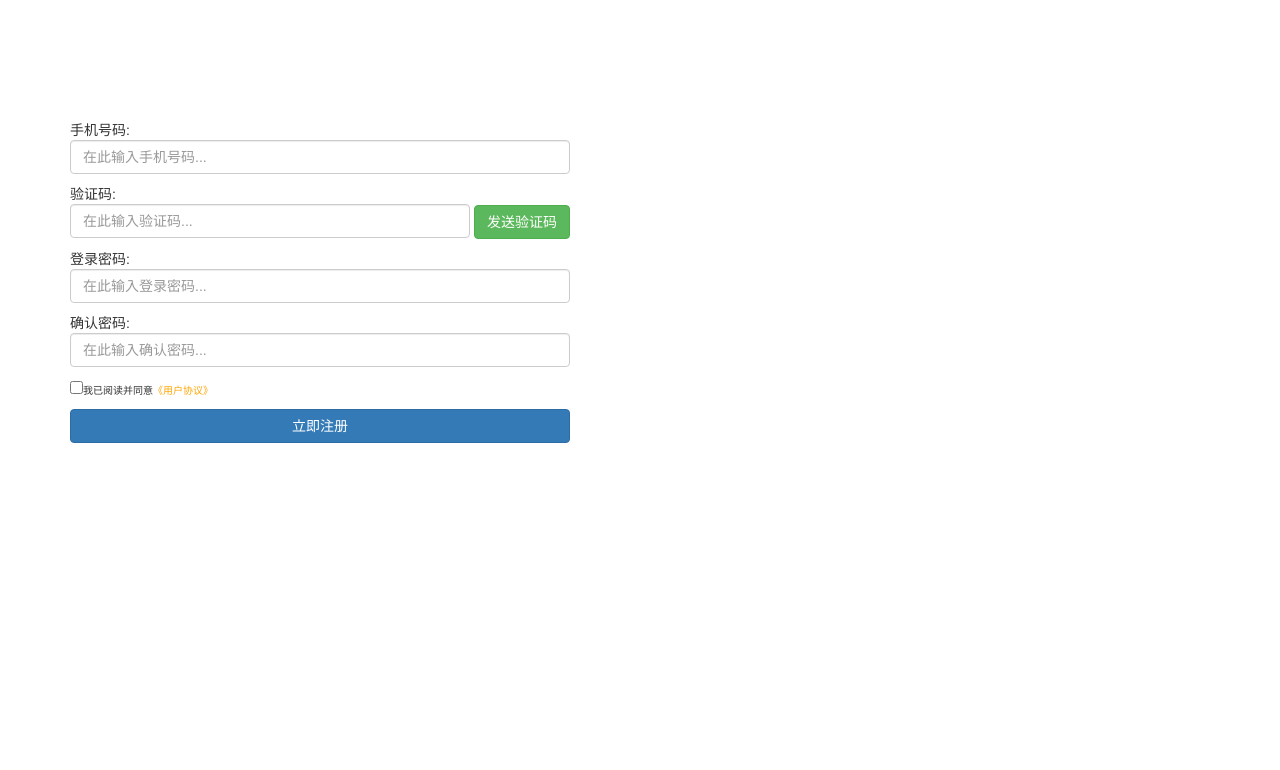
Repository: GYLwei/keshe
Page: Reg/Regis/WebContent/Page.html
These files come from the project's save history. The page is drawn as it stood at one moment and after the next save; the edit follows.
The browser window is 1280 px wide. The pictures show the whole page.

Above is the page before, as saved 2020-12-17 03:28:01.

### Reg/Regis/WebContent/Page.html
<!DOCTYPE html>

<html>
<head>
<meta http-equiv="Content-Type" Content="text/html; charset=UTF-8">
<title>注册</title>
<script src="Content/jquery-3.4.1.min.js"></script>
<script src="Content/bootstrap.min.js"></script>
<link href="Content/bootstrap.min.css" rel="stylesheet" />
<style type="text/css">
* {
	padding: 0px;
	margin: 0px;
}

#Home {
	/*border: 1px solid red;*/
	padding: 0px;
}

#nav {
	height: 120px;
	/*border:1px solid blue;*/
}

#banner {
	height: 450px;
	/*border:1px solid green;*/
}

#bottom {
	height: 200px;
	/*border:1px solid red;*/
}

#Username, #AgainWord, #Password {
	width: 500px;
}

#Ran {
	width: 400px;
	display: inline;
}

#btn_ok {
	width: 500px;
}
</style>

<script type="text/javascript">
	$(function() {
		var flag = 0;
		$("#SendRan").click(
				function() {
					var reg = /^((0\d{2,3}-\d{7,8})|(1[3584]\d{9}))$/;
					var u = $("#Username").val();
					if (reg.test(u) == false) {
						AddError(0, "手机号格式输入不正确,请重新输入!");
					} else {
						TimerSetp(60, "SendRan");
						AsynTransData("Tools", "Method=SendRan&PhoneNum="
								+ $("#Username").val());
						flag += 1;
					}
				})

		$("#Password").focusout(function() {
			var patrn = /^(\w){8,20}$/;
			var p = $("#Password").val();
			if (patrn.test(p) == false) {
				AddError(2, "密码格式有误,长度在8-20个字符之间!");
			} else {
				flag += 1;
			}
		})

		$("#AgainWord").focusout(function() {
			var F = $("#Password").val();
			var S = $("#AgainWord").val();
			if (F != S) {
				AddError(3, "两次密码不一致,请重新输入！");
			} else {
				flag += 1;
			}
		})

		$("#Username").focus(function() {
			$("#Username").next().remove();
		})
		$("#Password").focus(function() {
			$("#Password").next().remove();
		})
		$("#AgainWord").focus(function() {
			$("#AgainWord").next().remove();
		})

		$("#btn_ok").click(
				function() {
					if (flag != 3) {
						alert("表单信息填写不完整!");
					} else {
						if ($("#che").prop("checked") == true) {
							var u = $("#Username").val();
							var p = $("#Password").val();
							var r = $("#Ran").val();
							var Str = "&Username=" + u + "&Password=" + p
									+ "&Ran=" + r;
							AsynTransData("Tools", "Method=Reg" + Str)
						} else {
							alert("请先勾选用户协议");
						}
					}
				})
	})
	var timer = null;
	function TimerSetp(sen, element) {
		clearInterval(timer);
		var i = sen;

		$("#" + element + "").attr('disabled', true);
		timer = setInterval(function() {
			$("#" + element + "").val(i);
			if (i == 0) {
				clearInterval(timer);
				$("#" + element + "").val("发送验证码");
				$("#" + element + "").attr('disabled', false);
			}
			i--;
		}, 1000);

	}
	function AddError(Pindex, Text) {
		var Appdiv = '<div class="alert alert-danger" id="ph" style="width:500px;margin-top:2px">'
				+ Text + '</div>';
		var num = $("p").eq(Pindex).children().length;
		if (num < 2) {
			$("p").eq(Pindex).append(Appdiv);
		}
	}
	function AsynTransData(url, data) {
		//以下代码 不兼容IE
		var xmlhttp = new XMLHttpRequest();
		xmlhttp.onreadystatechange = function() {
			if (xmlhttp.status == 200 && xmlhttp.readyState == 4) {

			}
		}
		xmlhttp.open("POST", url, true);
		xmlhttp.setRequestHeader("Content-type",
				"application/x-www-form-urlencoded");
		xmlhttp.send(data);
	}
</script>
</head>
<body>
	<div id="Home" class="container">
		<div id="nav" class="container">
			<!--这里保留头部-->
		</div>
		<div id="banner" class="container">
			<p>
				手机号码:<input type="text" class="form-control" id="Username"
					name="Username" placeholder="在此输入手机号码..." />
			</p>

			<p>
				验证码:<br /> <input type="text" class="form-control" id="Ran"
					name="Ran" placeholder="在此输入验证码..." /> <input type="button"
					class="btn btn-success" value="发送验证码" id="SendRan" />
			</p>
			<p>
				登录密码:<input type="password" class="form-control" id="Password"
					name="Password" placeholder="在此输入登录密码..." />
			</p>
			<p>
				确认密码:<input type="password" class="form-control" id="AgainWord"
					name="AgainWord" placeholder="在此输入确认密码..." />
			</p>
			<p style="font-size: 10px;">
				<input type="checkbox" id="che" />我已阅读并同意<span
					style="color: orange">《用户协议》</span>
			</p>
			<p>
				<input type="submit" id="btn_ok" class="btn btn-primary"
					value="立即注册" />
			</p>
		</div>
		<div id="bottom" class="container"></div>
	</div>
</body>
</html>

Loaded but not shown: Reg/Regis/WebContent/Content/jquery-3.4.1.min.js (library); Reg/Regis/WebContent/Content/bootstrap.min.js (library); Reg/Regis/WebContent/Content/bootstrap.min.css (library)

After the next save:
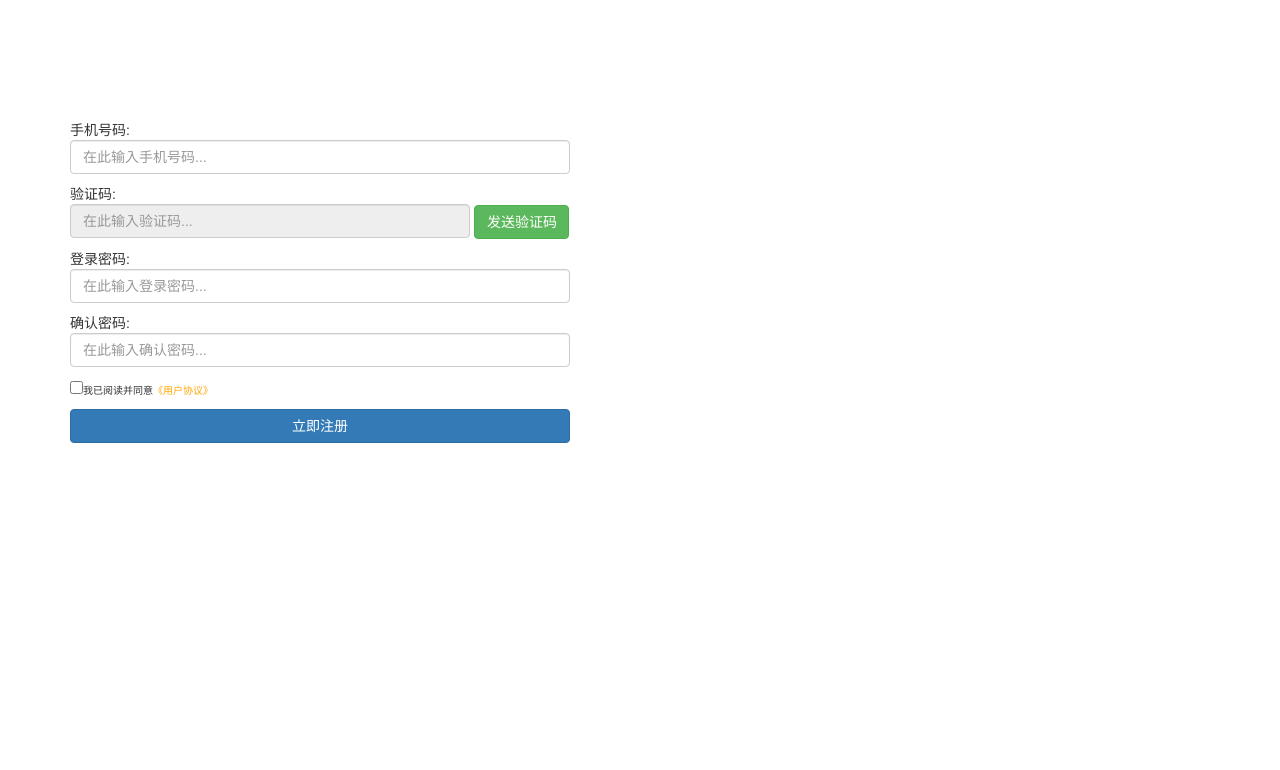
Saved 2 min 21 s later.
--- a/Reg/Regis/WebContent/Page.html
+++ b/Reg/Regis/WebContent/Page.html
@@ -41,11 +41,52 @@
 	width: 400px;
 	display: inline;
 }
-
+ #SendRan {
+            width: 95px;
+        }
 #btn_ok {
 	width: 500px;
 }
 </style>
+
+</head>
+<body>
+	<div id="Home" class="container">
+		<div id="nav" class="container">
+			<!--这里保留头部-->
+		</div>
+		<div id="banner" class="container">
+			<p>
+				手机号码:<input type="text" class="form-control" id="Username"
+					name="Username" placeholder="在此输入手机号码..." />
+			</p>
+
+			<p>
+				验证码:<br /> <input type="text" readonly="readonly"   class="form-control" id="Ran"
+					name="Ran" placeholder="在此输入验证码..." /> <input type="button"
+					class="btn btn-success" value="发送验证码" id="SendRan" />
+			</p>
+			<p>
+				登录密码:<input type="password" class="form-control" id="Password"
+					name="Password" placeholder="在此输入登录密码..." />
+			</p>
+			<p>
+				确认密码:<input type="password" class="form-control" id="AgainWord"
+					name="AgainWord" placeholder="在此输入确认密码..." />
+			</p>
+			<p style="font-size: 10px;">
+				<input type="checkbox" id="che" />我已阅读并同意<span
+					style="color: orange">《用户协议》</span>
+			</p>
+			<p>
+				<input type="submit" id="btn_ok" class="btn btn-primary"
+					value="立即注册" />
+			</p>
+		</div>
+		<div id="bottom" class="container"></div>
+	</div>
+</body>
+</html>
 
 <script type="text/javascript">
 	$(function() {
@@ -57,10 +98,11 @@
 					if (reg.test(u) == false) {
 						AddError(0, "手机号格式输入不正确,请重新输入!");
 					} else {
+						$("#Ran").removeAttr("readonly");
 						TimerSetp(60, "SendRan");
 						AsynTransData("Tools", "Method=SendRan&PhoneNum="
 								+ $("#Username").val());
-						flag += 1;
+
 					}
 				})
 
@@ -69,18 +111,21 @@
 			var p = $("#Password").val();
 			if (patrn.test(p) == false) {
 				AddError(2, "密码格式有误,长度在8-20个字符之间!");
-			} else {
-				flag += 1;
-			}
-		})
-
+			}
+		})
+        	$("#Ran").focusout(function() {
+        	debugger;
+			//var patrn = /^(\w){8,20}$/;
+			var p = $("#Ran").val();
+			if (p.length!=6) {
+				AddError(1,"验证码有误!");
+			}
+		})
 		$("#AgainWord").focusout(function() {
 			var F = $("#Password").val();
 			var S = $("#AgainWord").val();
 			if (F != S) {
 				AddError(3, "两次密码不一致,请重新输入！");
-			} else {
-				flag += 1;
 			}
 		})
 
@@ -93,19 +138,45 @@
 		$("#AgainWord").focus(function() {
 			$("#AgainWord").next().remove();
 		})
-
+$("#Ran").focus(function() {
+			$("#SendRan").next().remove();
+		})
 		$("#btn_ok").click(
 				function() {
-					if (flag != 3) {
-						alert("表单信息填写不完整!");
-					} else {
+					if($("#ph").length!=0)
+						return;
+					 else {
 						if ($("#che").prop("checked") == true) {
 							var u = $("#Username").val();
 							var p = $("#Password").val();
 							var r = $("#Ran").val();
-							var Str = "&Username=" + u + "&Password=" + p
+							var Str = "&Username=" + u + "&Password="+p
 									+ "&Ran=" + r;
-							AsynTransData("Tools", "Method=Reg" + Str)
+							//AsynTransData("Tools", "Method=Reg" + Str)
+
+							$.ajax({
+								data:"Method=Reg"+Str,
+								url:"Tools",
+								datatype:"json",
+								type:"post",
+								success:function(val){
+									var dataval=JSON.parse(val);
+
+
+								if(dataval.code==0)
+								alert(dataval.msg);
+								else
+									{
+									alert("注册成功");
+									window.location.href="Successful.html"
+									}
+								},
+								error:function(){
+									alert("错误，请确认自己的操作是否正常");
+								}
+							});
+
+
 						} else {
 							alert("请先勾选用户协议");
 						}
@@ -132,9 +203,10 @@
 	function AddError(Pindex, Text) {
 		var Appdiv = '<div class="alert alert-danger" id="ph" style="width:500px;margin-top:2px">'
 				+ Text + '</div>';
+				$("p").eq(Pindex).append(Appdiv);
 		var num = $("p").eq(Pindex).children().length;
-		if (num < 2) {
-			$("p").eq(Pindex).append(Appdiv);
+		if (num <2) {
+
 		}
 	}
 	function AsynTransData(url, data) {
@@ -151,41 +223,3 @@
 		xmlhttp.send(data);
 	}
 </script>
-</head>
-<body>
-	<div id="Home" class="container">
-		<div id="nav" class="container">
-			<!--这里保留头部-->
-		</div>
-		<div id="banner" class="container">
-			<p>
-				手机号码:<input type="text" class="form-control" id="Username"
-					name="Username" placeholder="在此输入手机号码..." />
-			</p>
-
-			<p>
-				验证码:<br /> <input type="text" class="form-control" id="Ran"
-					name="Ran" placeholder="在此输入验证码..." /> <input type="button"
-					class="btn btn-success" value="发送验证码" id="SendRan" />
-			</p>
-			<p>
-				登录密码:<input type="password" class="form-control" id="Password"
-					name="Password" placeholder="在此输入登录密码..." />
-			</p>
-			<p>
-				确认密码:<input type="password" class="form-control" id="AgainWord"
-					name="AgainWord" placeholder="在此输入确认密码..." />
-			</p>
-			<p style="font-size: 10px;">
-				<input type="checkbox" id="che" />我已阅读并同意<span
-					style="color: orange">《用户协议》</span>
-			</p>
-			<p>
-				<input type="submit" id="btn_ok" class="btn btn-primary"
-					value="立即注册" />
-			</p>
-		</div>
-		<div id="bottom" class="container"></div>
-	</div>
-</body>
-</html>
